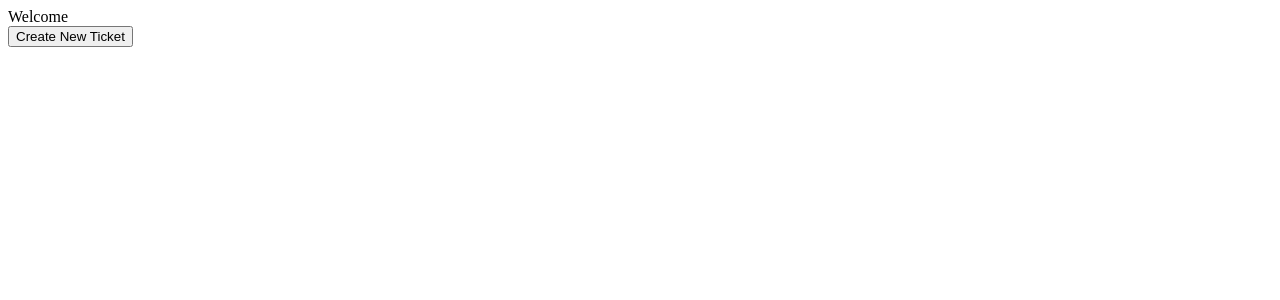
Repository: Sadiki/Expense_Reimbursement_System
Page: Ers_Project/src/main/webapp/partials/user_login.html
An editor plug-in stored every save of this project. The page is shown before and after the next save, followed by the edit.
The browser window is 1280 px wide. The pictures show the whole page.

Above is the page before, as saved 2018-11-06 13:57:58.

After the next save:
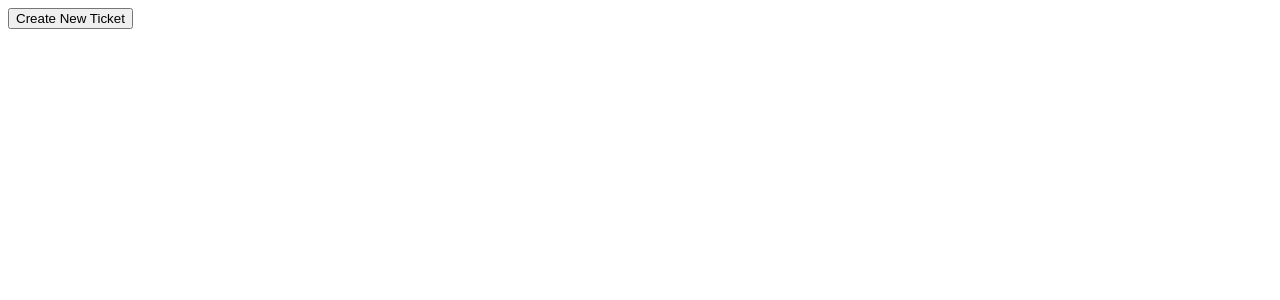
Saved 3 min 11 s later.
--- a/Ers_Project/src/main/webapp/partials/user_login.html
+++ b/Ers_Project/src/main/webapp/partials/user_login.html
@@ -1,12 +1,5 @@
-<div>
-    Welcome
-    <label id='customer_name'></label>
-</div>
 
 <div>
     <button id='new_ticket'>Create New Ticket</button>
-</div>
-
-<div>
     <table id='all_tickets'></table>
 </div>
